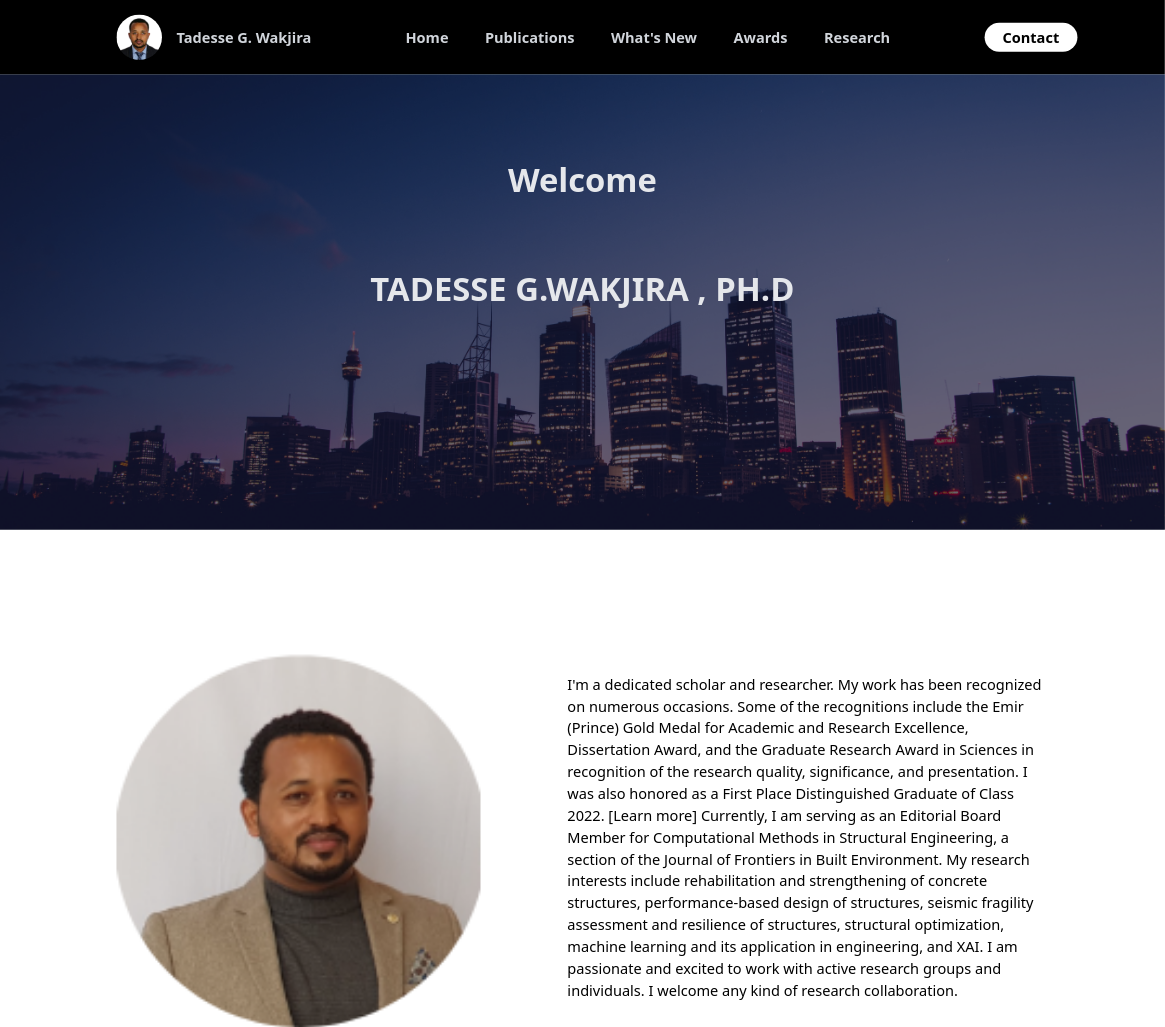
Repository: Elias-Kibret/Tade-portfoilo
Page: /
The author's editor kept a copy of each file at every save. The page is drawn from the files as they stood at one save, then again after the next save.
The browser window is 1280 px wide. The pictures show the whole page, at 91% of full size.
The project was rebuilt for these pictures with package versions that can differ from the ones it lists, and the page was loaded fresh each time. The framework's server and built-in components were replaced by stand-ins that run in the browser. Also part of the build but not shown: next.config.js.

Above is the page before, as saved 2022-06-28 01:54:36.

### pages/index.tsx
import type { NextPage } from 'next'
import Head from 'next/head'
import Image from 'next/image'
import About from '../components/About'
import Header from '../components/Header'
import Hero from '../components/Hero'
const Home: NextPage = () => {
  return (
    <div>
      <Head>
        <title>Create Next App</title>
        <link rel="icon" href="/favicon.ico" />
      </Head>
      <Header/>
      <Hero/>
      <About/>
    </div>
  )
}

export default Home

### styles/globals.css
@tailwind base;
@tailwind components;
@tailwind utilities;

.hero{
    width:100%;
    height:500px;
    background-image: url('../public/Img/BG.jpg');
    background-size: cover;
    background-position: center;
    background-position: center;
    background-repeat: no-repeat;

}
.hero-cover{
    width:100%;
    height:500px;
    background: rgba(2,0,36,0.6);
background: linear-gradient(90deg, rgba(21, 20, 44, 0.7) 0%, rgba(18, 18, 41, 0.7).7) 35%, rgba(241, 246, 247, 0.8) 100%);
}

### components/About.tsx
import Image from 'next/image'
import profileImage from '../public/Img/Profile.png'
const About = () => {
  return (
    <section className='flex justify-between items-center w-4/5 mt-32 mx-auto '>
        <div className='w-3/4'>
        <Image  src={profileImage} width={400} height={400} alt="Tadessa G.wakjira"/>
        </div>
        <div className='w-4/5'>
           <p>
           I'm a dedicated scholar and researcher. My work has been recognized on numerous occasions. Some of the recognitions include the Emir (Prince) Gold Medal for Academic and Research Excellence, Dissertation Award, and the Graduate Research Award in Sciences in recognition of the research quality, significance, and presentation. I was also honored as a First Place Distinguished Graduate of Class 2022. [Learn more]

Currently, I am serving as an Editorial Board Member for Computational Methods in Structural Engineering, a section of the Journal of Frontiers in Built Environment.

My research interests include rehabilitation and strengthening of concrete structures, performance-based design of structures, seismic fragility assessment and resilience of structures, structural optimization, machine learning and its application in engineering, and XAI.

I am passionate and excited to work with active research groups and individuals. I welcome any kind of research collaboration.
           </p>
        </div>
    </section>
  )
}

export default About

### components/Header.tsx
import Head from "next/head"
import Link from "next/link"
import Image from "next/image"
import Logo from '../public/Img/Tadesse.png'
const Header = () => {
  return (
<header className=" bg-black font-semibold  pl-32 py-4 text-gray-300  ">
   <div className="flex justify-between items-center">
      <div className="flex items-center space-x-4">
    <Image src={Logo}   className="rounded-full" width={50} height={50}/>
    <span>Tadesse G. Wakjira</span>
      </div>
      <div className="flex justify-between">
        <nav className="flex list-none space-x-10  hidden md:inline-flex text-black-200">
            <li >
                <Link href="">
                    <a> Home</a>
                </Link>
            </li>
            <li>
                <Link href="">
                    <a> Publications <span></span></a>
                </Link>
            </li>
            <li>
                <Link href="">
                    <a> What's New</a>
                </Link>
            </li>
            <li>
                <Link href="">
                    <a> Awards</a>
                </Link>
            </li>
            <li>
                <Link href="">
                    <a> Research</a>
                </Link>
            </li>

        </nav>

      </div>
      <div className="mr-24 bg-white text-black px-5 py-1  rounded-full">
        <Link href=""  >
                    <a> Contact</a>
                </Link>
        </div>
    </div>
</header>
  )
}

export default Header

### components/Hero.tsx
import heroImage from '../public/Img/Hr.png'
import Image from 'next/image'
const Hero = () => {
  return (
<main  >
<div className='hero h-auto'>

<div className='text-gray-200 hero-cover font-bold   py-24 w-1/2 text-center text-4xl'>
  <div>
  <h1>Welcome</h1>
  <h2 className='py-20'>TADESSE G.WAKJIRA , PH.D</h2>
  </div>

</div>
</div>
</main>
  )
}

export default Hero

Loaded but not shown: pages/_app.tsx (common file); tailwind.config.js (common file)

After the next save:
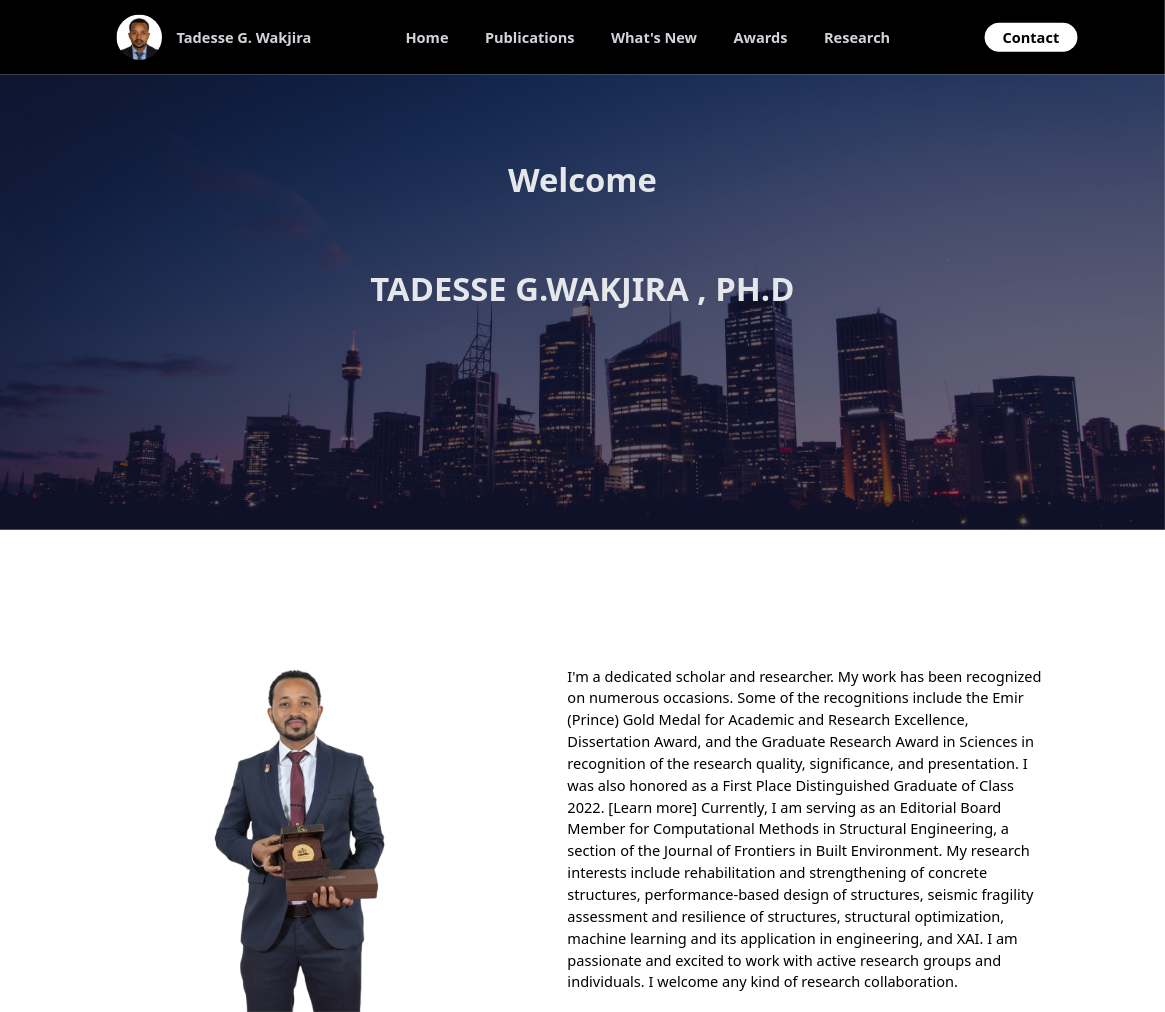
Saved 87 s later.
--- a/components/About.tsx
+++ b/components/About.tsx
@@ -1,5 +1,5 @@
 import Image from 'next/image'
-import profileImage from '../public/Img/Profile.png'
+import profileImage from '../public/Img/heroImage.png'
 const About = () => {
   return (
     <section className='flex justify-between items-center w-4/5 mt-32 mx-auto '>
